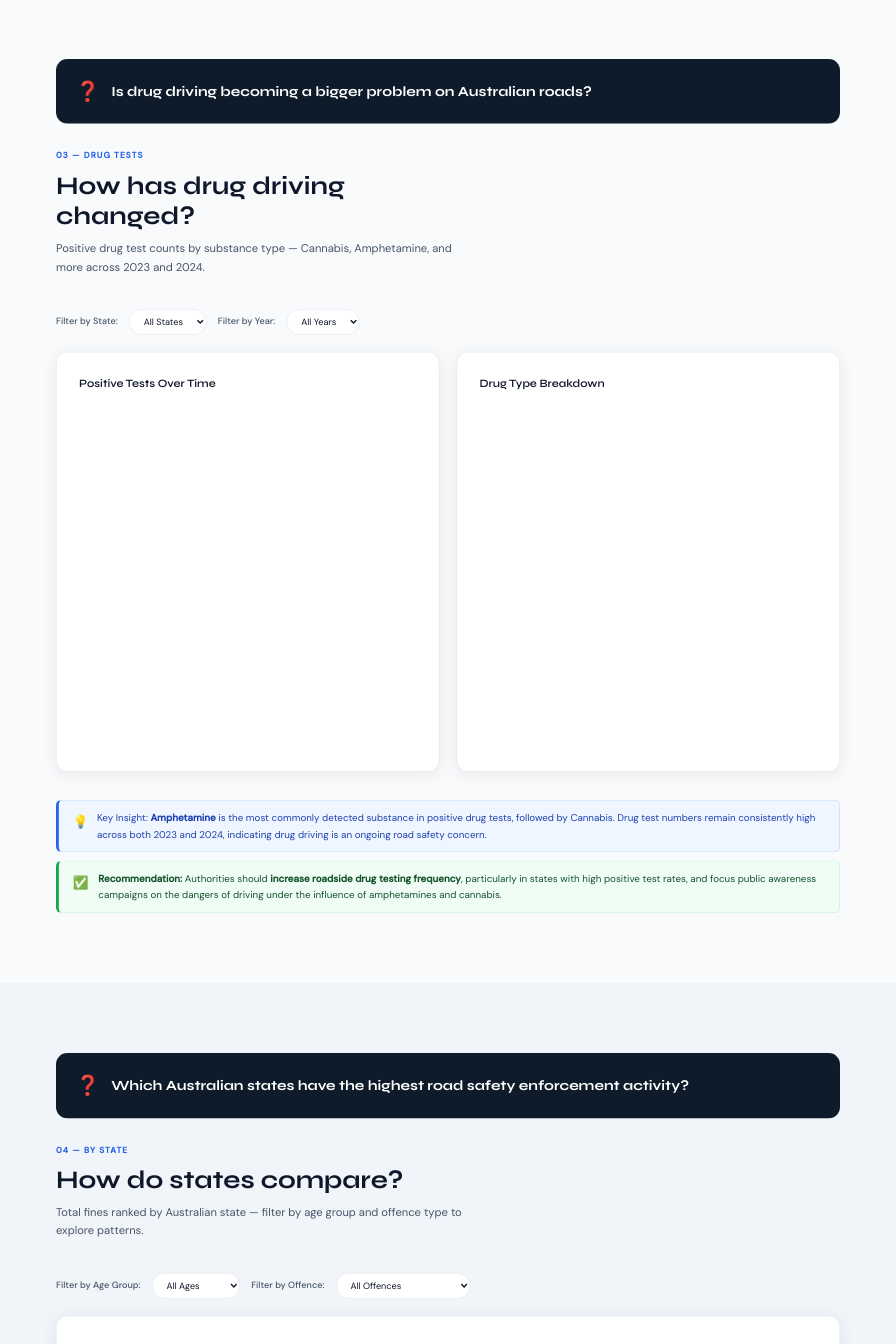
Repository: j26046183-hue/COS30045-GROUP-ASSIGNMENT
Page: index.html
The author's editor kept a copy of each file at every save. The page is drawn from the files as they stood at one save, then again after the next save.
The browser window is 1280 px wide. The pictures show the part of the page from y = 3519 to 5439 px (the page is 6521 px tall before and 6423 px after), at 70% of full size.

Above is the page before, as saved 2026-06-04 22:45:20.

After the next save:
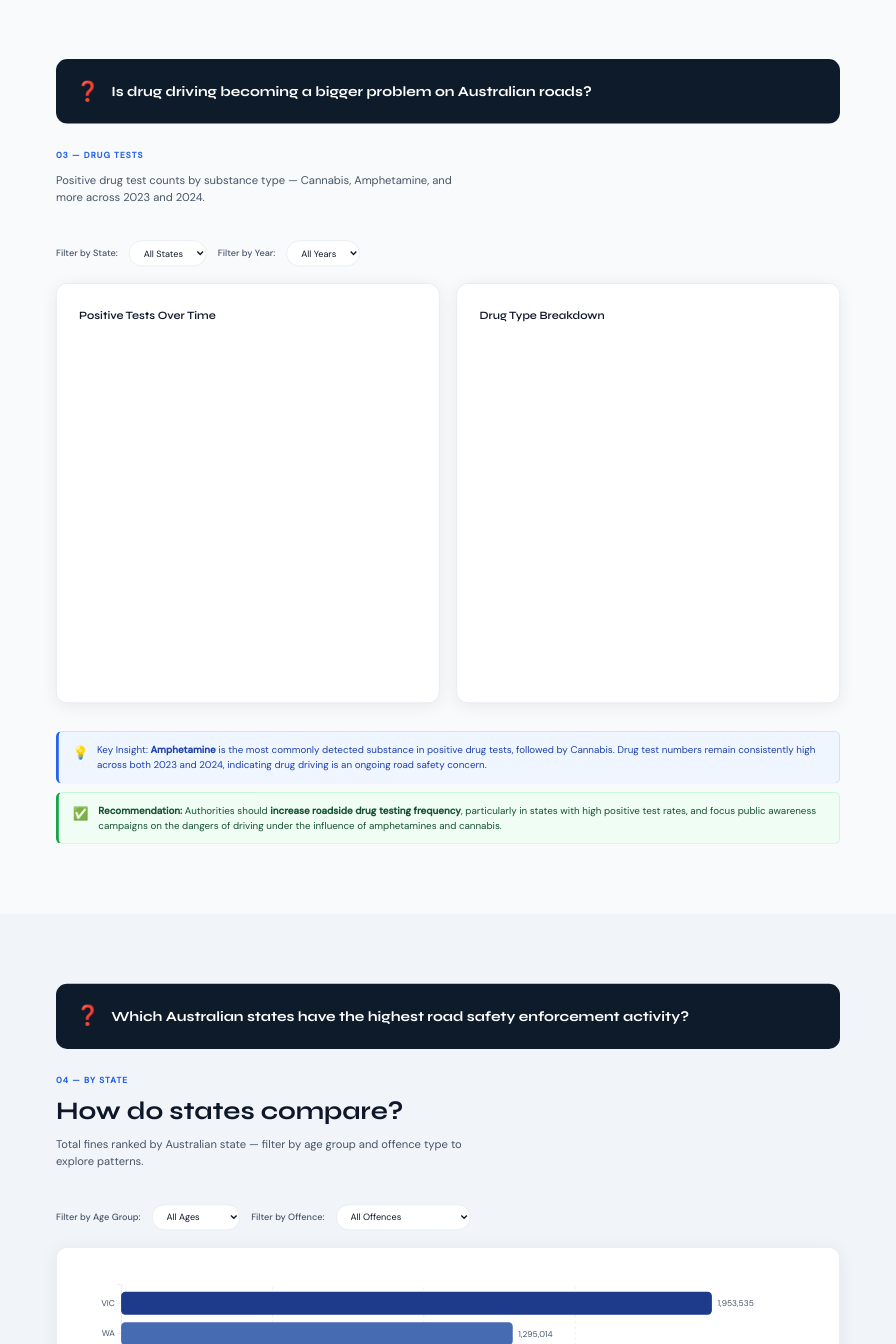
Saved 20 s later.
--- a/index.html
+++ b/index.html
@@ -149,7 +149,6 @@
 
         <div class="section-header">
             <div class="section-tag">03 — Drug Tests</div>
-            <h2>How has drug driving changed?</h2>
             <p>Positive drug test counts by substance type — Cannabis, Amphetamine, and more across 2023 and 2024.</p>
         </div>
 
